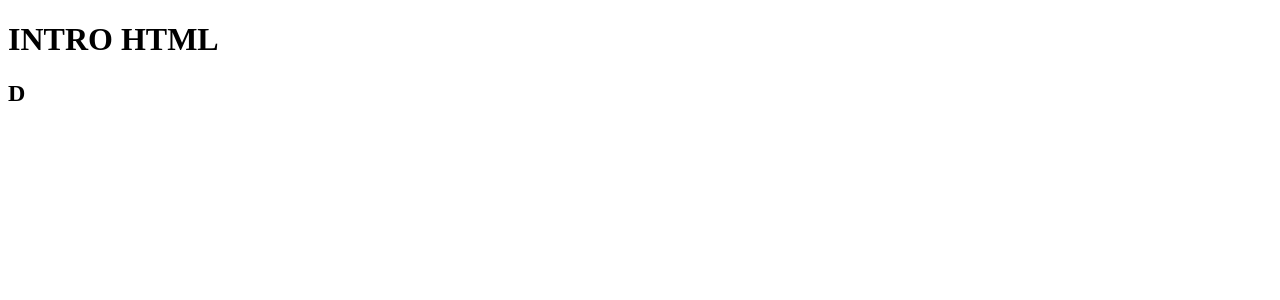
Repository: mirambialex/MYFIRSTREPOR
Page: INTRODUCTION.HTML
These files come from the project's save history. The page is drawn as it stood at one moment and after a run of saves; the edit follows.
The browser window is 1280 px wide. The pictures show the whole page.

Above is the page before, as saved 2024-03-28 10:11:36.

### INTRODUCTION.HTML
<!DOCTYPE html>
<html lang="en">
<head>
    <meta charset="UTF-8">
    <meta name="viewport" content="width=device-width, initial-scale=1.0">
    <title>Document</title>
</head>
<body>
    <DIV>
        <P><H1>
            INTRO HTML
        </H1>
        </P><H2>D</H2>
    </DIV>
</body>
</html>

After the next 2 saves:
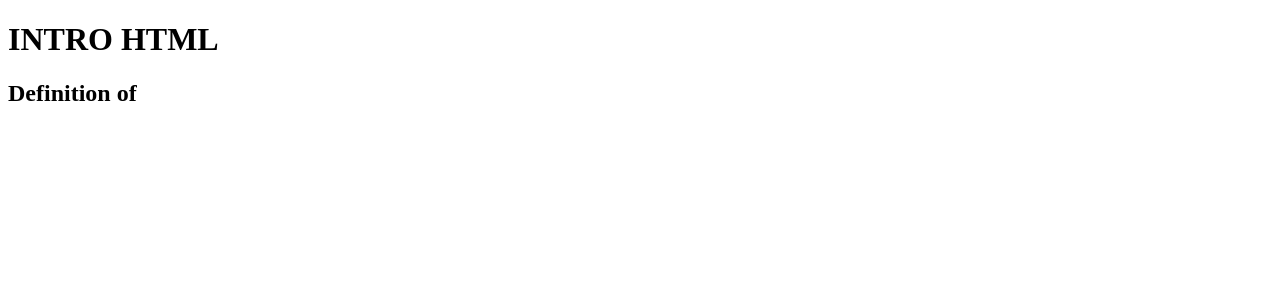
The 2 saves are shown as one change because they came seconds apart.
The last was saved 7 s later.
--- a/INTRODUCTION.HTML
+++ b/INTRODUCTION.HTML
@@ -10,7 +10,7 @@
         <P><H1>
             INTRO HTML
         </H1>
-        </P><H2>D</H2>
+        </P><H2>Definition of </H2>
     </DIV>
 </body>
 </html>
